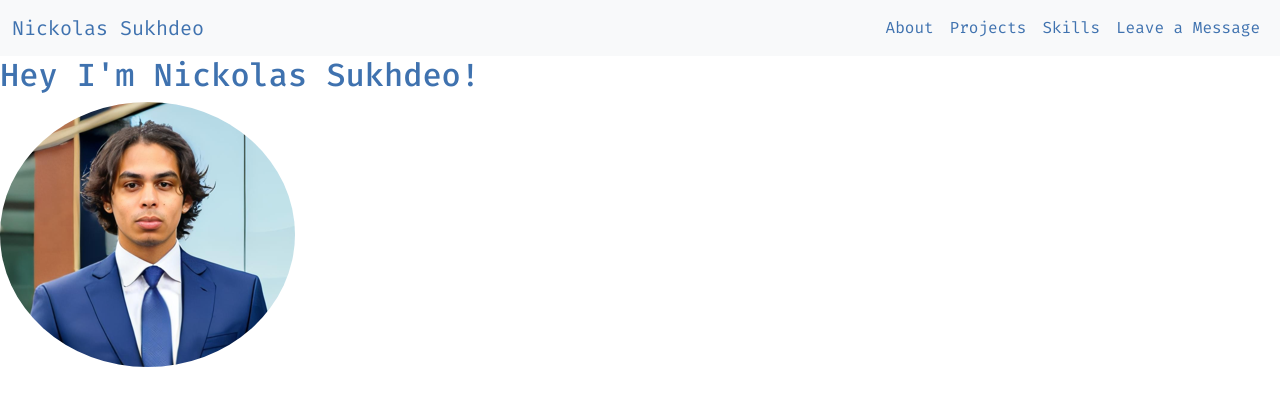
Repository: nlsukhde/porfolio
Page: index.html
These files come from the project's save history. The page is drawn as it stood at one moment and after a run of saves; the edit follows.
The browser window is 1280 px wide. The pictures show the whole page.

Above is the page before, as saved 2025-06-19 17:38:21.

After the next 2 saves:
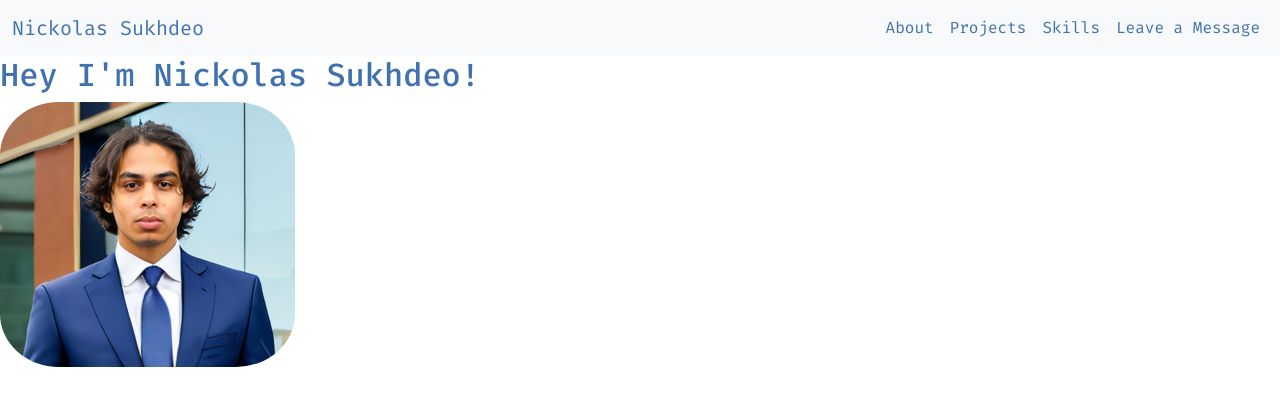
The 2 saves are shown as one change because they came seconds apart.
The last was saved 10 s later.
--- a/app.css
+++ b/app.css
@@ -22,7 +22,7 @@
 }
 
 img{
-    border-radius: 100%;
+    border-radius: 20%;
 
 
 }
